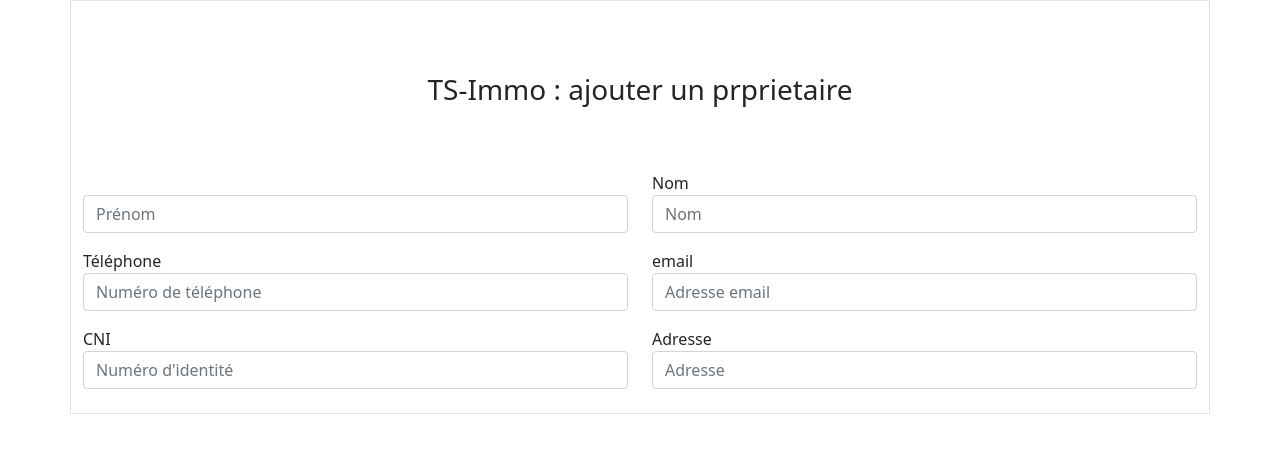
Repository: saliou-t/TS-IMMO
Page: http://localhost/src/views/proprietaire/new.html.php
These files come from the project's save history. The page is drawn as it stood at one moment and after the next save; the edit follows.
The browser window is 1280 px wide. The pictures show the whole page.
The page is run by PHP 8.4 with error messages shown; the project is at /var/www/html/.

Above is the page before, as saved 2022-04-03 01:12:19.

After the next save:
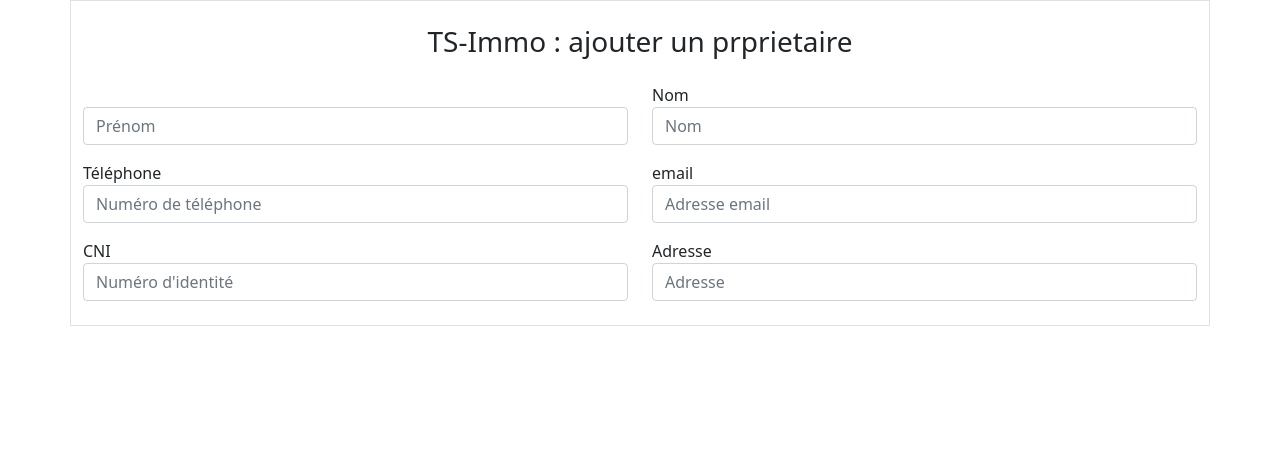
Saved 7 s later.
--- a/src/views/proprietaire/new.html.php
+++ b/src/views/proprietaire/new.html.php
@@ -12,7 +12,7 @@
 
 <div class="container jumbotron">
     <div class="row border py-4">
-        <h3 class="text-center my-5">TS-Immo : ajouter un prprietaire</h3>
+        <h3 class="text-center ">TS-Immo : ajouter un prprietaire</h3>
         <form action="">
             <div class="row my-3">
                 <div class="col">
